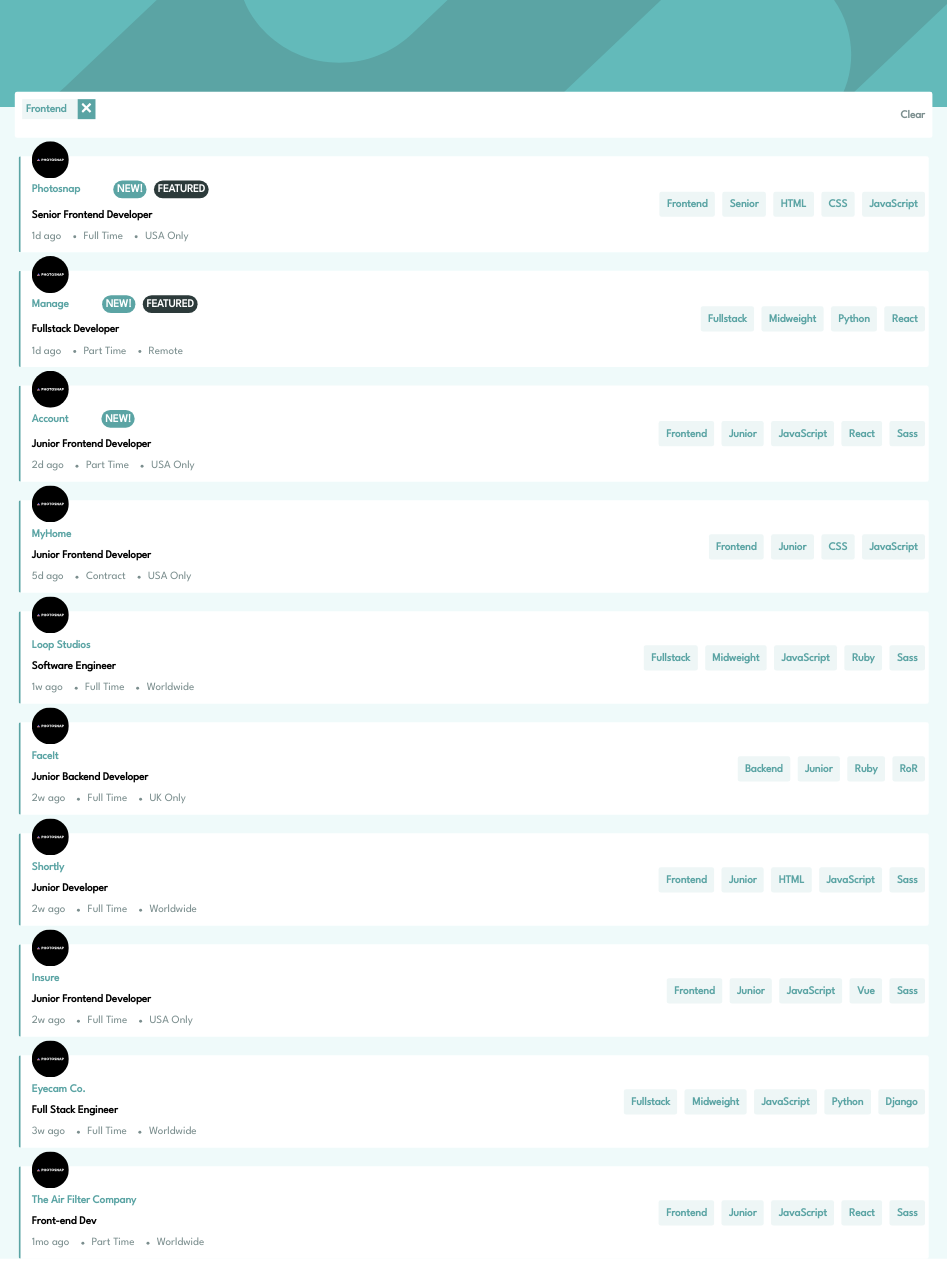
Repository: DevLaukey/job-listing
Page: /
An editor plug-in stored every save of this project. The page is shown before and after the next save, followed by the edit.
The browser window is 1280 px wide. The pictures show the whole page, at 74% of full size.
Some web fonts or font styles are not loaded; a fallback is used. The project was rebuilt for these pictures with package versions that can differ from the ones it lists, and the page was loaded fresh each time.

Above is the page before, as saved 2022-06-03 01:09:24.

After the next save:
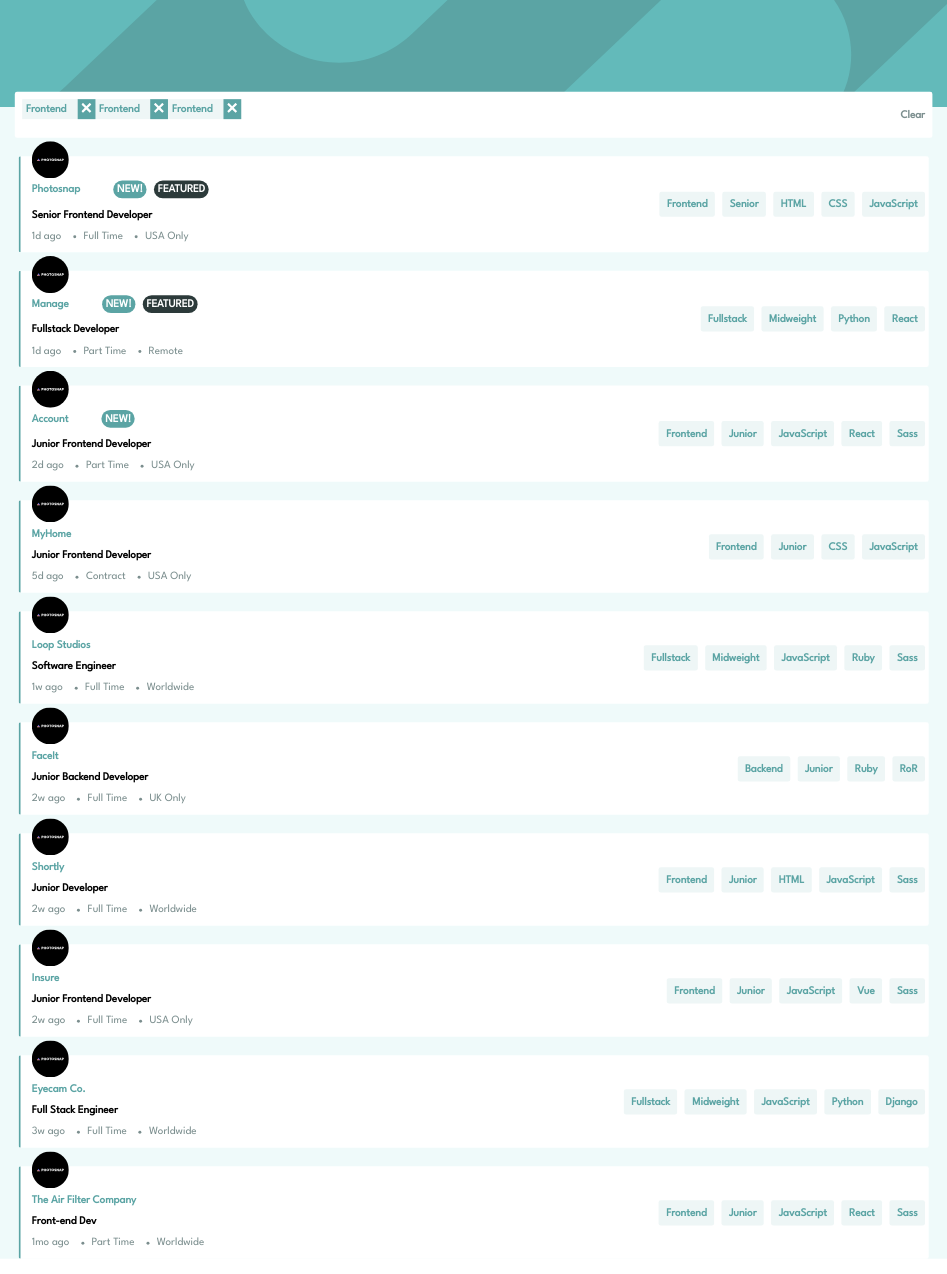
Saved 14 s later.
--- a/src/components/Filter.js
+++ b/src/components/Filter.js
@@ -4,6 +4,14 @@ function Filter() {
   return (
     <div className="tablet filter">
       <div className="option">
+        <p className="front-end">Frontend</p>
+        <div className="icon">
+          <img src={icon} alt="" />
+        </div>
+        <p className="front-end">Frontend</p>
+        <div className="icon">
+          <img src={icon} alt="" />
+        </div>
         <p className="front-end">Frontend</p>
         <div className="icon">
           <img src={icon} alt="" />

After the save that followed:
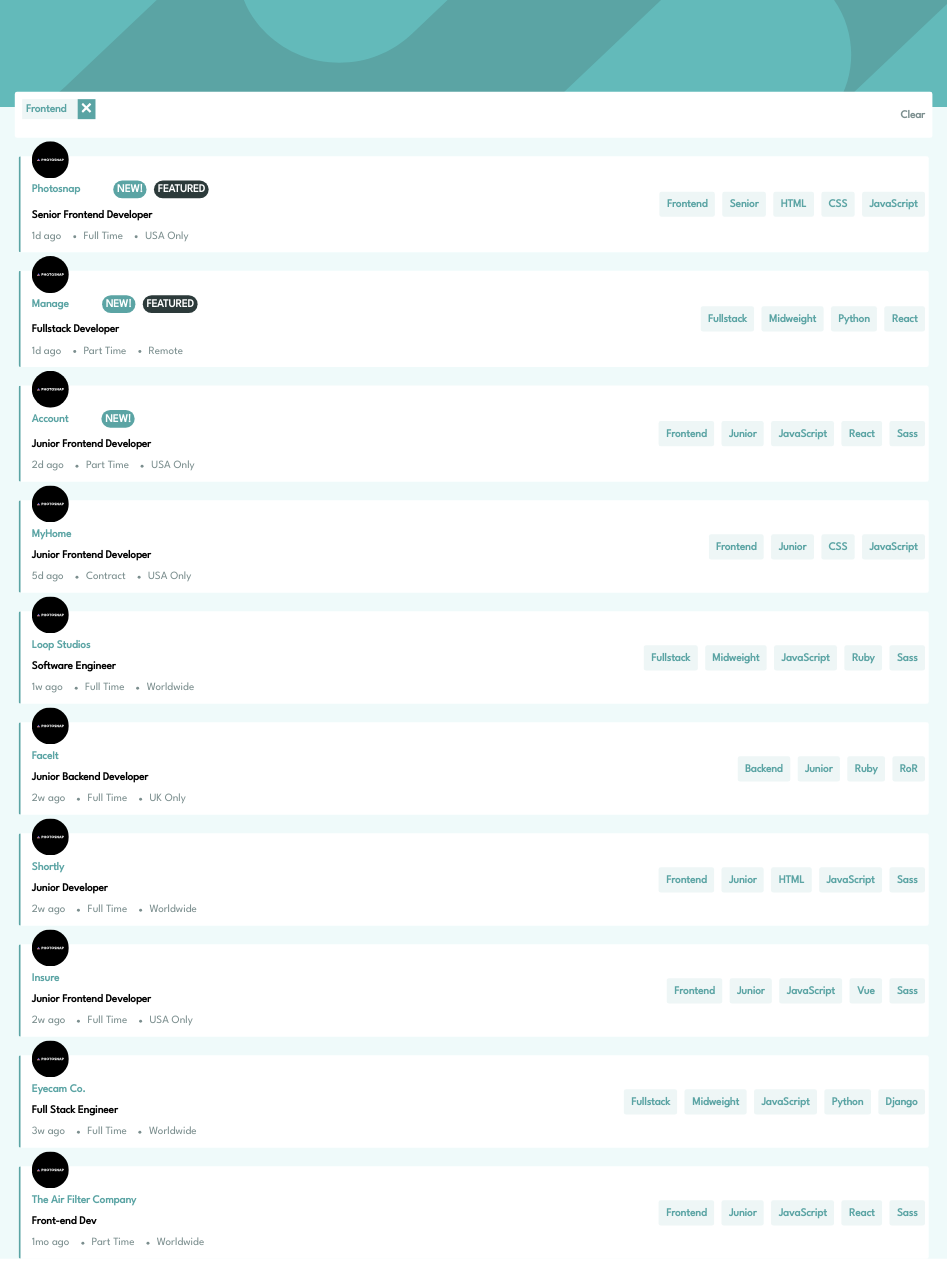
Saved 12 s later.
--- a/src/components/Filter.js
+++ b/src/components/Filter.js
@@ -8,15 +8,8 @@ function Filter() {
         <div className="icon">
           <img src={icon} alt="" />
         </div>
-        <p className="front-end">Frontend</p>
-        <div className="icon">
-          <img src={icon} alt="" />
-        </div>
-        <p className="front-end">Frontend</p>
-        <div className="icon">
-          <img src={icon} alt="" />
-        </div>
       </div>
+
 
       <div className="clear">
         <p>Clear</p>
